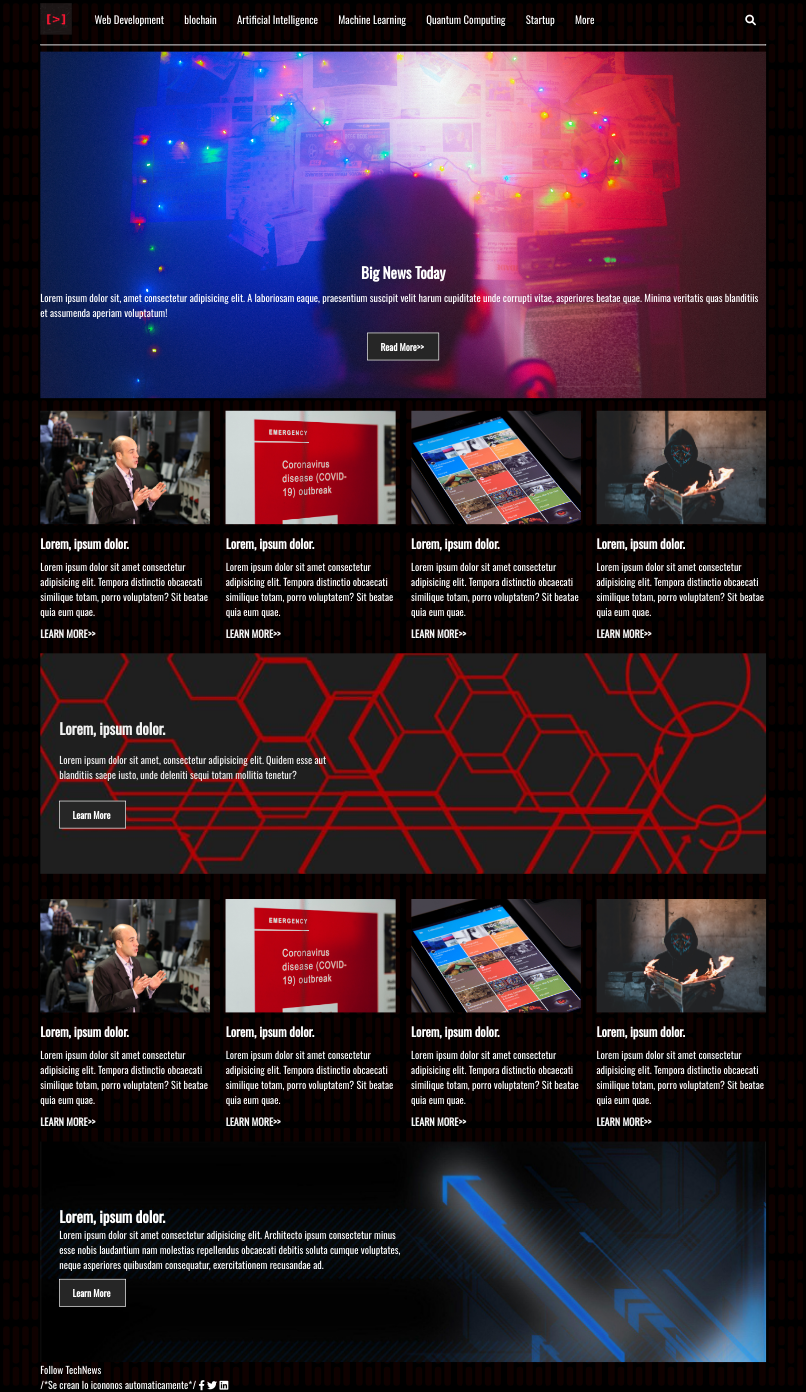
Repository: NickArregoces/News_Web
Page: index.html
An editor plug-in stored every save of this project. The page is shown before and after the next save, followed by the edit.
The browser window is 1280 px wide. The pictures show the whole page, at 63% of full size.

Above is the page before, as saved 2021-12-24 20:08:02.

### index.html
<!DOCTYPE html>
<html lang="en">
<head>
    <meta charset="UTF-8">
    <meta http-equiv="X-UA-Compatible" content="IE=edge">
    <meta name="viewport" content="width=device-width, initial-scale=1.0">
    <title>TechNews</title>
    <!--FONT AWESOME-->
    <link rel="stylesheet" href="https://cdnjs.cloudflare.com/ajax/libs/font-awesome/6.0.0-beta3/css/all.min.css">

    <link rel="stylesheet" href="style.Css">
    <!--Oswald FONTS-->
    <link rel="preconnect" href="https://fonts.googleapis.com">
<link rel="preconnect" href="https://fonts.gstatic.com" crossorigin>
<link href="https://fonts.googleapis.com/css2?family=Oswald:wght@200;300;400&display=swap" rel="stylesheet">
</head>
<body>

    <div class="container">

        <nav class ="nav-main">
            <img src="img/brand.png" alt="" class="nav-brand">

            <ul class="nav-menu">
                <li>
                    <a href="#">Web Development</a>
                </li>
                <li>
                    <a href="#">blochain</a>
                </li>
                <li>
                    <a href="#">Artificial Intelligence</a>
                </li>
                <li>
                    <a href="#">Machine Learning</a>
                </li>
                <li>
                    <a href="#">Quantum Computing</a>
                </li>
                <li>
                    <a href="#">Startup</a>
                </li>
                <li>
                    <a href="#">More</a>
                </li>
            </ul>
            <ul class="nav-menu-right">
                <li>
                    <a href="">
                        <i class="fas fa-search"></i>
                    </a>
                </li>
            </ul>
        </nav>
        <hr> <!--Crea una linea -->


        <!--Showcase=Imagen pricnipal-->
        <header class="showcase">
            <h2>Big News Today</h2>
            <p>Lorem ipsum dolor sit, amet consectetur adipisicing elit. A laboriosam eaque, praesentium suscipit velit harum cupiditate unde corrupti vitae, asperiores beatae quae. Minima veritatis quas blanditiis et assumenda aperiam voluptatum!</p>
        <!--lorem30 te crea 30 palabras-->
            <a class="btn" href="#">Read More>> <i class="fas fa-angles-double-right"></i></a>
        </header>

        <!--NEWS CARDS(COLUMNAS)-->
        <div class="news-cards">
            <div class="">
                <img src="img/news1.jpg" alt="News 1">
                <h3>Lorem, ipsum dolor.</h3>
                <p>Lorem ipsum dolor sit amet consectetur adipisicing elit. Tempora distinctio obcaecati similique totam, porro voluptatem? Sit beatae quia eum quae.</p>
                <a href="">Learn More>><i class="fas fa-amgle-dpuble-right"></i></a>
            </div>
            <div class="">
                <img src="img/news2.jpg" alt="News 2">
                <h3>Lorem, ipsum dolor.</h3>
                <p>Lorem ipsum dolor sit amet consectetur adipisicing elit. Tempora distinctio obcaecati similique totam, porro voluptatem? Sit beatae quia eum quae.</p>
                <a href="">Learn More>><i class fas fa-amgle-dpuble-right></i></a>
            </div>
            <div class="">
                <img src="img/news3.jpg" alt="News 3">
                <h3>Lorem, ipsum dolor.</h3>
                <p>Lorem ipsum dolor sit amet consectetur adipisicing elit. Tempora distinctio obcaecati similique totam, porro voluptatem? Sit beatae quia eum quae.</p>
                <a href="">Learn More>><i class="fas fa-amgle-dpuble-right" ></i></a>
            </div>
            <div class="">
                <img src="img/news4.jpg" alt="News 4">
                <h3>Lorem, ipsum dolor.</h3>
                <p>Lorem ipsum dolor sit amet consectetur adipisicing elit. Tempora distinctio obcaecati similique totam, porro voluptatem? Sit beatae quia eum quae.</p>
                <a href="">Learn More>><i class="fas fa-amgle-dpuble-right"></i></a>
            </div>
        </div>

        <div>

            <section class="cards-banner-one">
                <div class="content">
                    <h2>Lorem, ipsum dolor.</h2>
                    <p>Lorem ipsum dolor sit amet, consectetur adipisicing elit. Quidem esse aut blanditiis saepe iusto, unde deleniti sequi totam mollitia tenetur?</p>
                    <a href="#" class="btn">Learn More <i class="fas fa-amgle-dpuble-right"></i></a>
                </div>

            </section>

            <!--NEWS CARDS(COLUMNAS)-->
        <div class="news-cards">
            <div class="">
                <img src="img/news1.jpg" alt="News 1">
                <h3>Lorem, ipsum dolor.</h3>
                <p>Lorem ipsum dolor sit amet consectetur adipisicing elit. Tempora distinctio obcaecati similique totam, porro voluptatem? Sit beatae quia eum quae.</p>
                <a href="">Learn More>><i class="fas fa-amgle-dpuble-right"></i></a>
            </div>
            <div class="">
                <img src="img/news2.jpg" alt="News 2">
                <h3>Lorem, ipsum dolor.</h3>
                <p>Lorem ipsum dolor sit amet consectetur adipisicing elit. Tempora distinctio obcaecati similique totam, porro voluptatem? Sit beatae quia eum quae.</p>
                <a href="">Learn More>><i class fas fa-amgle-dpuble-right></i></a>
            </div>
            <div class="">
                <img src="img/news3.jpg" alt="News 3">
                <h3>Lorem, ipsum dolor.</h3>
                <p>Lorem ipsum dolor sit amet consectetur adipisicing elit. Tempora distinctio obcaecati similique totam, porro voluptatem? Sit beatae quia eum quae.</p>
                <a href="">Learn More>><i class="fas fa-amgle-dpuble-right" ></i></a>
            </div>
            <div class="">
                <img src="img/news4.jpg" alt="News 4">
                <h3>Lorem, ipsum dolor.</h3>
                <p>Lorem ipsum dolor sit amet consectetur adipisicing elit. Tempora distinctio obcaecati similique totam, porro voluptatem? Sit beatae quia eum quae.</p>
                <a href="">Learn More>><i class="fas fa-amgle-dpuble-right"></i></a>
            </div>
        </div>

        <section class="cards-banner-two">
            <div class="content">
                <h2>Lorem, ipsum dolor.</h2>
                <p>Lorem ipsum dolor sit amet consectetur adipisicing elit. Architecto ipsum consectetur minus esse nobis laudantium nam molestias repellendus obcaecati debitis soluta cumque voluptates, neque asperiores quibusdam consequatur, exercitationem recusandae ad.</p>
                <a href="#" class="btn">Learn More <i class="fas fa-angles-double-right"></i> </a>
            </div>
        </section>

        <section class="social">

                <p> Follow TechNews</p>
                <div class="links">
                    <a href="#">/*Se crean lo icononos automaticamente*/
                        <i class="fab fa-facebook-f"></i>
                    </a>
                <a href="#">
                    <i class="fab fa-twitter"></i>
                </a>
                <a href="#">
                    <i class="fab fa-linkedin"></i>
                </a>

                </div>

        </section>



        </div>

    </div>


</body>
</html>

### style.Css
*{
    box-sizing: border-box;
    margin: 0;
    padding: 0;
}

body{
    background:#000000;
    color:#ffff;
    background-color: #000000;
    background-image: url("data:[embedded picture, 663 characters]");
    color:#1e272e;
    font-size: 16px;
    font-family: 'Oswald', sans-serif;
}

a{
    color: #ffff;
    text-decoration: none;
}

ul{
    list-style: none;
}
.container{
    width: 90%;/*responsive*/
    margin: auto;
    color: #ffff;/*MIO*/
}
/*Navigation*/
.nav-main{
    font-size: 17px;
    display: flex;/*Elememnto al lado de otro*/
    justify-content: space-between;
    align-items: center;
    height: 60px;
    padding: 20px 0px;
}
.nav-brand{
    width: 50px;
}

/*Nav Left*/
.nav-main ul{
    display:flex;
}

.nav-main ul li{
    padding: 10px;
}

.nav-main ul li a{
    padding: 6px;
}

.nav-main ul li a:hover {
    border-bottom: 2px solid #ffffff;
}
.nav-main ul.nav-menu{
    flex:1;
    margin-left: 20px;
}

/*Showcase*/
hr{
    margin:10px 0px;
}
.showcase{
    width: 100%;
    height: 550px;
    /*Arreglar img */
    background: url(/img/showcase2.jpg) no-repeat center center/cover;
    padding-bottom: 50px;
    margin-bottom: 20px;/*Margen interna*/
    display:flex;
    flex-direction: column;
    align-items: center;/*centrar P*/
    justify-content: flex-end; /*p al final*/
}

.btn{
    cursor: pointer;
    display: inline-block;
    border: 0;
    font-weight: bold;
    padding: 10px 20px;
    background: #262626;
    color:#ffffff;
    font-size: 15px;
    border: 1px solid #ffff;
    margin:10px 0px;
}

.btn:hover{
    opacity: 0.7;
}

.showcase h2,
.showcase p{
    margin-bottom: 10px;
}

/*News CARS*/
.news-cards{
    display: grid;
    grid-template-columns: 1fr 1fr 1fr 1fr;/*4 columnas*/
    gap: 25px;/*espaciado card*/
    margin: 10px 0;
}

.news-cards img{
    width:100%;
    height:  180px;
}

.news-cards h3{
    font-size: 20px;
    margin:  10px 0;

}

.news-cards a{
    padding: 10px 0;
    color: #f2f2f2;
    text-transform: uppercase;
    display: inline-block;
    font-weight: bold;
}

.news-cards a:hover{
    text-decoration: underline; /*Line debajo*/
}

/*Cards-banner-one*/

.cards-banner-one {
    width: 100%;
    height: 350px;
    background: url(./img/tech-red.jpg) no-repeat center/cover;;
    margin-bottom: 40px;
}
.cards-banner-one .content{
    width: 40%;
    padding: 90px 0 0 30px;
    color: #f2f2f2;
}

.cards-banner-one p,
.cards-banner-one h2{
    margin: 10px 0 20px 0;
}

/*CARDS BANNER TWO*/

.cards-banner-two{
    background: url(./img/image-five.jpg) no-repeat center/cover;
    width: 100%;
    height: 350px;
}

.cards-banner-two .content{
    width: 50%;
    padding: 100px 0 0 30px;
}

/*Social*/
.social{
    marg
}

After the next save:
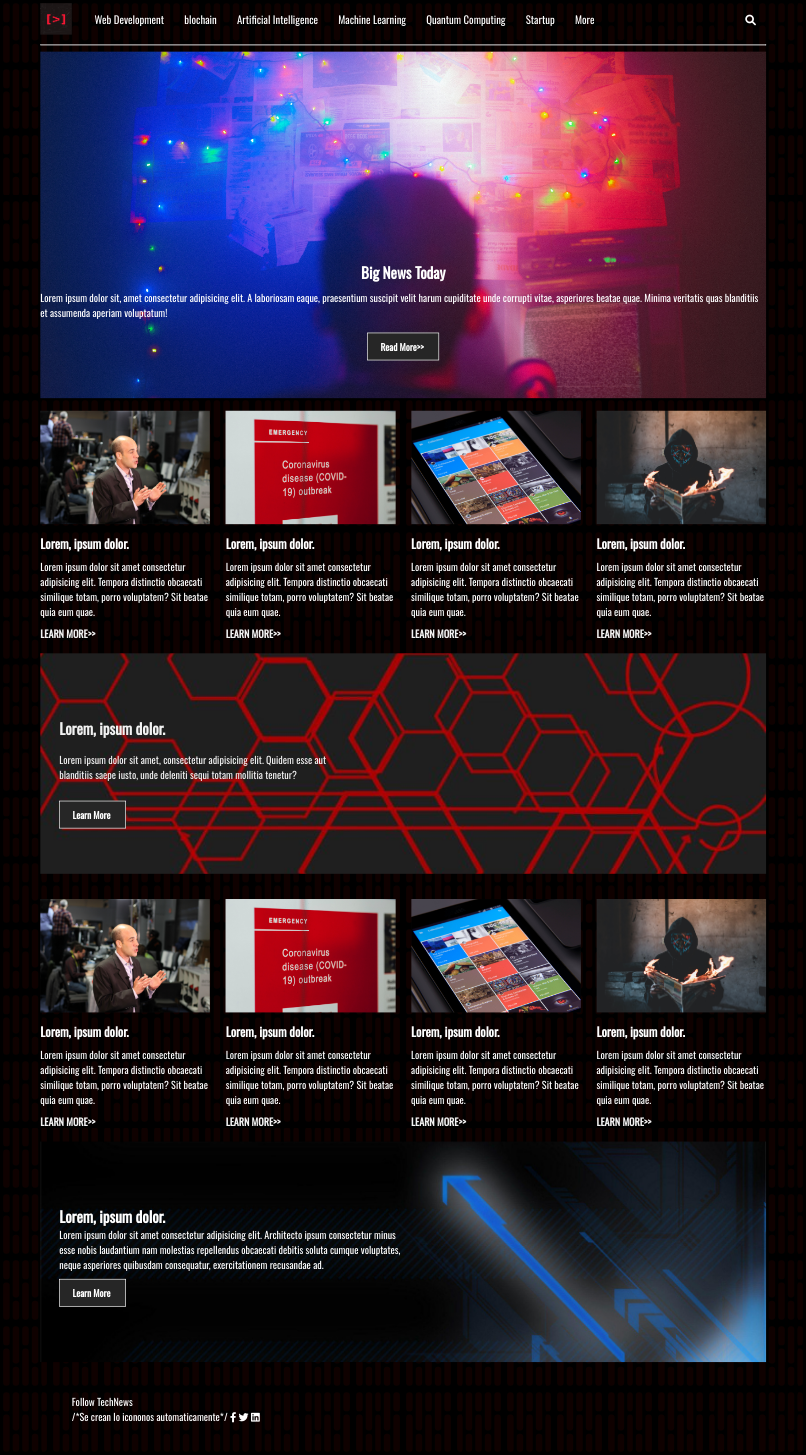
Saved 5 s later.
--- a/style.Css
+++ b/style.Css
@@ -165,5 +165,5 @@ hr{
 
 /*Social*/
 .social{
-    marg
+    margin: 50px
 }
